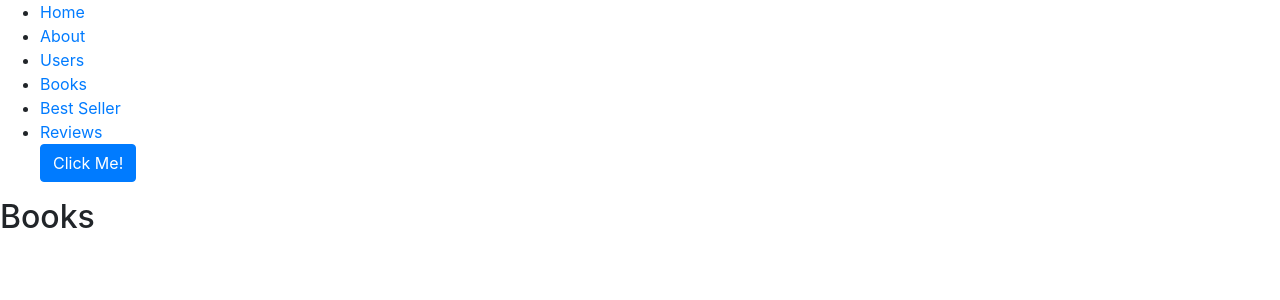
Repository: ebo-arcadia/enjoyou
Page: /books
The author's editor kept a copy of each file at every save. The page is drawn from the files as they stood at one save, then again after the next save.
The browser window is 1280 px wide. The pictures show the whole page.
The project was rebuilt for these pictures with package versions that can differ from the ones it lists, and the page was loaded fresh each time. Also part of the build but not shown: src/App.css.

Above is the page before, as saved 2021-04-19 14:10:01.

After the next save:
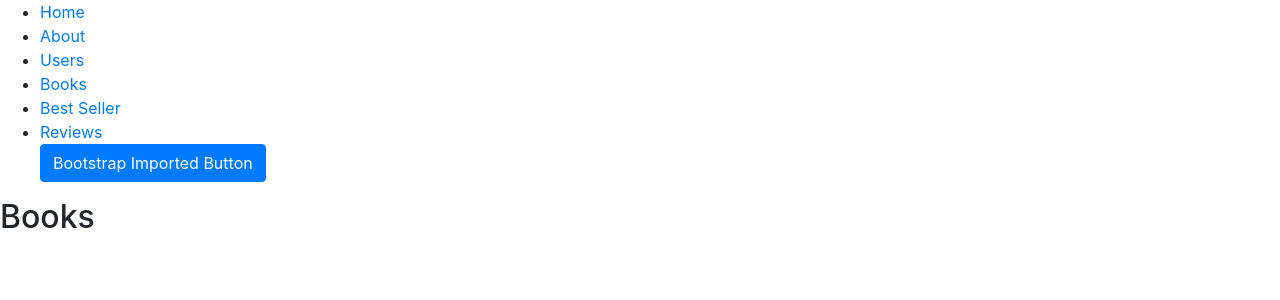
Saved 2 min 27 s later.
--- a/src/App.js
+++ b/src/App.js
@@ -16,7 +16,7 @@ export default function App() {
             <li> <Link to="/books">Books</Link> </li>
             <li> <Link to="/bestseller">Best Seller</Link> </li>
             <li> <Link to="/reviews">Reviews</Link> </li>
-            <Button>Click Me!</Button>
+            <Button>Bootstrap Imported Button</Button>
           </ul>
         </nav>
 
